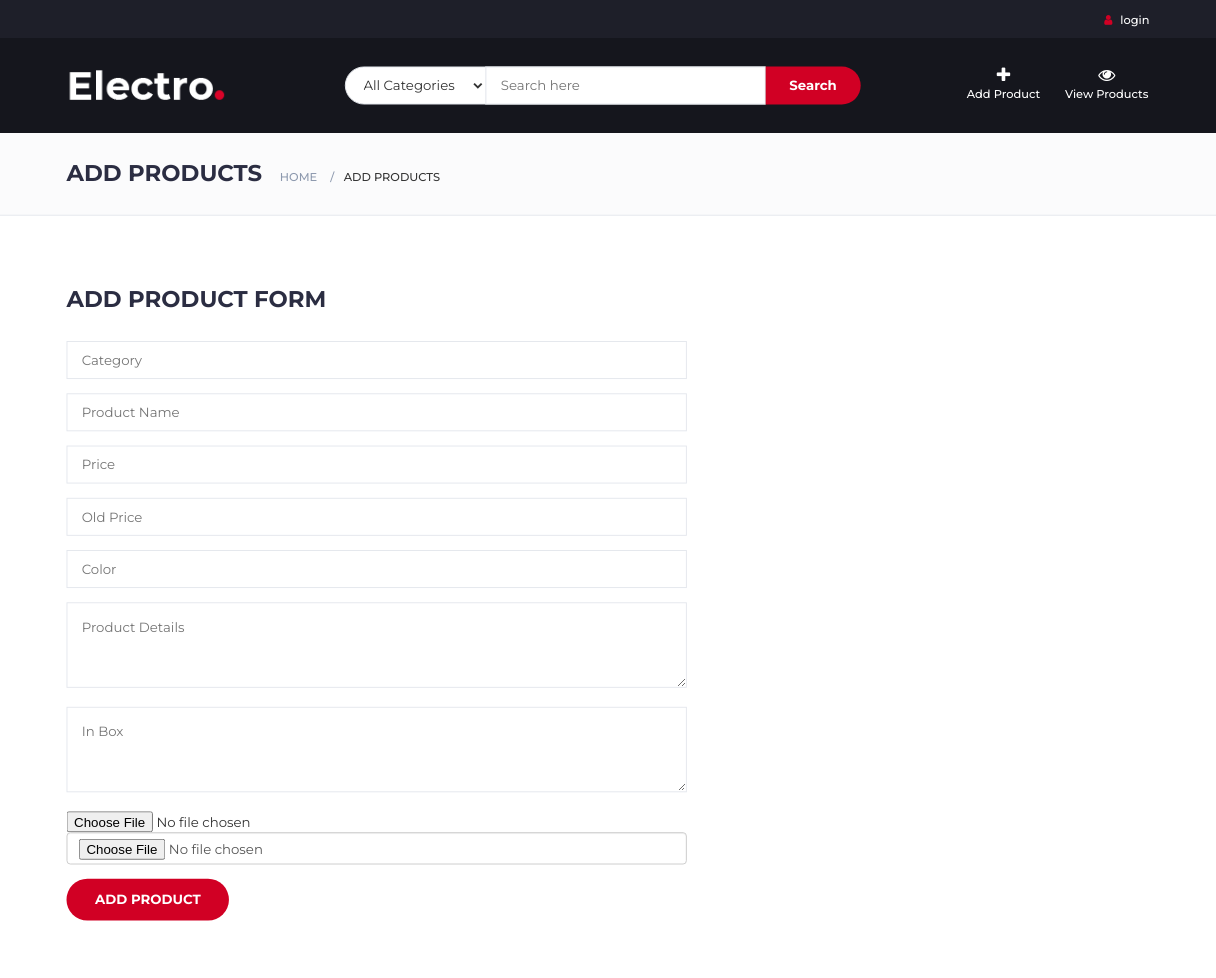
Repository: kinjalsavaliya263/JAVA
Page: http://localhost/electro-master/addproduct.jsp
An editor plug-in stored every save of this project. The page is shown before and after the next save, followed by the edit.
The browser window is 1280 px wide. The pictures show the whole page, at 95% of full size.
The page is served by Tomcat 9. Other server files are loaded and not shown. The template is opened directly, without the code that normally fills it, so the values that code supplies are empty.

Above is the page before, as saved 2023-04-04 15:57:17.

### electro-master/src/main/webapp/addproduct.jsp
<%@ page language="java" contentType="text/html; charset=UTF-8"
	pageEncoding="UTF-8"%>
<%@ include file="sellerheader.jsp"%>
<!DOCTYPE html>
<html>
<head>
<meta charset="UTF-8">
<title>Electro -Ecommerce</title>

</head>
<body>
	<!-- BREADCRUMB -->
	<div id="breadcrumb" class="section">
		<!-- container -->
		<div class="container">
			<!-- row -->
			<div class="row">
				<div class="col-md-12">
					<h3 class="breadcrumb-header">Add Products</h3>
					<ul class="breadcrumb-tree">
						<li><a href="#">Home</a></li>
						<li class="active">Add Products</li>
					</ul>
				</div>
			</div>
			<!-- /row -->
		</div>
		<!-- /container -->
	</div>
	<!-- /BREADCRUMB -->

	<!-- SECTION -->
	<div class="section">
		<!-- container -->
		<div class="container">
			<!-- row -->
			<div class="row">

				<div class="col-md-7">
					<!-- Add Product -->
					<form action="addproduct" method="post"
						enctype="multipart/form-data">
						<div class="billing-details">
							<span class="text-danger">${msg}</span> <span
								class="text-success">${msg1}</span>
							<div class="section-title">
								<h3 class="title">Add Product Form</h3>
							</div>


							<input type="hidden" name="uid" id="uid">

							<div class="form-group">
								<input class="input" type="text" name="category"
									placeholder="Category" id="category">
							</div>
							<div class="form-group">
								<input class="input" type="text" name="pname"
									placeholder="Product Name" id="pname">
							</div>
							<div class="form-group">
								<input class="input" type="number" name="price"
									placeholder="Price" id="price">
							</div>
							<div class="form-group">
								<input class="input" type="number" name="oldprice"
									placeholder="Old Price" id="oldprice">
							</div>
							<div class="form-group">
								<input class="input" type="text" name="color"
									placeholder="Color" id="color">
							</div>

							<div class="form-group">
								<textarea cols="3" class="input" name="details"
									placeholder="Product Details" id="details"></textarea>
							</div>
							<div class="form-group">
								<textarea cols="3" class="input" name="inbox"
									placeholder="In Box" id="inbox"></textarea>
							</div>
							<div class="form-group">
								<input type="file" name="image" placeholder="images">
								 <input class="form-control" type="file" id="formFile">
							</div>

							<div class="form-group">
								<button type="submit" class="primary-btn order-submit">Add
									Product</button>
							</div>

						</div>
					</form>
					<!-- /Add Product -->



				</div>


			</div>
			<!-- /row -->
		</div>
		<!-- /container -->
	</div>
	<!-- /SECTION -->



</body>
</html>

### electro-master/src/main/webapp/sellerheader.jsp

<%@page import="model.User"%>
<%@ page language="java" contentType="text/html; charset=UTF-8"
	pageEncoding="UTF-8"%>
<!DOCTYPE html>
<html>
<head>
<meta charset="UTF-8">
<title>Electro -Ecommerce</title>
<link
	href="https://fonts.googleapis.com/css?family=Montserrat:400,500,700"
	rel="stylesheet">

<!-- Bootstrap -->
<link type="text/css" rel="stylesheet" href="css/bootstrap.min.css" />

<!-- Slick -->
<link type="text/css" rel="stylesheet" href="css/slick.css" />
<link type="text/css" rel="stylesheet" href="css/slick-theme.css" />

<!-- nouislider -->
<link type="text/css" rel="stylesheet" href="css/nouislider.min.css" />

<!-- Font Awesome Icon -->
<link rel="stylesheet" href="css/font-awesome.min.css">

<!-- Custom stlylesheet -->
<link type="text/css" rel="stylesheet" href="css/style.css" />

<!-- HTML5 shim and Respond.js for IE8 support of HTML5 elements and media queries -->
<!-- WARNING: Respond.js doesn't work if you view the page via file:// -->
<!--[if lt IE 9]>
		  <script src="https://oss.maxcdn.com/html5shiv/3.7.3/html5shiv.min.js"></script>
		  <script src="https://oss.maxcdn.com/respond/1.4.2/respond.min.js"></script>
		<![endif]-->
</head>
<body>
	<!-- HEADER -->
	<header>
		<!-- TOP HEADER -->
		<div id="top-header">
			<div class="container">

				<%
				/* String email = (String) session.getAttribute("email"); */
				User us = (User) request.getAttribute("use");
				%>



				<ul class="header-links pull-left">

				</ul>
				<ul class="header-links pull-right">




					<%
					if (us != null) {
					%>

					<li><a href="myprofile?email=<%=us.getEmail()%>"><i
							class="fa fa-user"></i>My Profile</a></li>
					<li><a href="changepass.jsp?email=<%=us.getEmail()%>"><i
							class="fa fa-key"></i>Change Password</a></li>
					<li style="color: white;"><b>Welcome <%=us.getFname()%> <%=us.getLname()%></b></li>
					<li><a href="logout.jsp"><i class="fa fa-user"></i>Logout</a></li>
					<%
					} else {
					%>

					<li><a href="login.jsp"><i class="fa fa-user"></i> login</a></li>
					<%
					}
					%>


				</ul>
			</div>
		</div>
		<!-- /TOP HEADER -->

		<!-- MAIN HEADER -->
		<div id="header">
			<!-- container -->
			<div class="container">
				<!-- row -->
				<div class="row">
					<!-- LOGO -->
					<div class="col-md-3">
						<div class="header-logo">
							<a href="#" class="logo"> <img src="./img/logo.png" alt="">
							</a>
						</div>
					</div>
					<!-- /LOGO -->

					<!-- SEARCH BAR -->
					<div class="col-md-6">
						<div class="header-search">
							<form>
								<select class="input-select">
									<option value="0">All Categories</option>
									<option value="1">Category 01</option>
									<option value="1">Category 02</option>
								</select> <input class="input" placeholder="Search here">
								<button class="search-btn">Search</button>
							</form>
						</div>
					</div>
					<!-- /SEARCH BAR -->

					<!-- ACCOUNT -->
					<div class="col-md-3 clearfix">
						<div class="header-ctn">
							<!-- Add Product -->
							<div>
								<a href="addproduct.jsp"> <i class="fa fa-plus"></i> <span>Add
										Product</span>
								</a>
							</div>
							<!-- /Add Product -->

							<!-- View Product -->
							<div >
								<a href="viewproduct.jsp"> <i class="fa fa-eye"></i> <span>View
										Products</span>
								</a>

							</div>
							<!-- /View Product -->


						</div>
					</div>
					<!-- /ACCOUNT -->
				</div>
				<!-- row -->
			</div>
			<!-- container -->
		</div>
		<!-- /MAIN HEADER -->
	</header>
	<!-- /HEADER -->


</body>
</html>

Loaded but not shown: electro-master/src/main/webapp/css/bootstrap.min.css (library); electro-master/src/main/webapp/css/slick.css (common file); electro-master/src/main/webapp/css/slick-theme.css (library); electro-master/src/main/webapp/css/nouislider.min.css (library); electro-master/src/main/webapp/css/font-awesome.min.css (library); electro-master/src/main/webapp/css/style.css (2191 lines, source omitted)

After the next save:
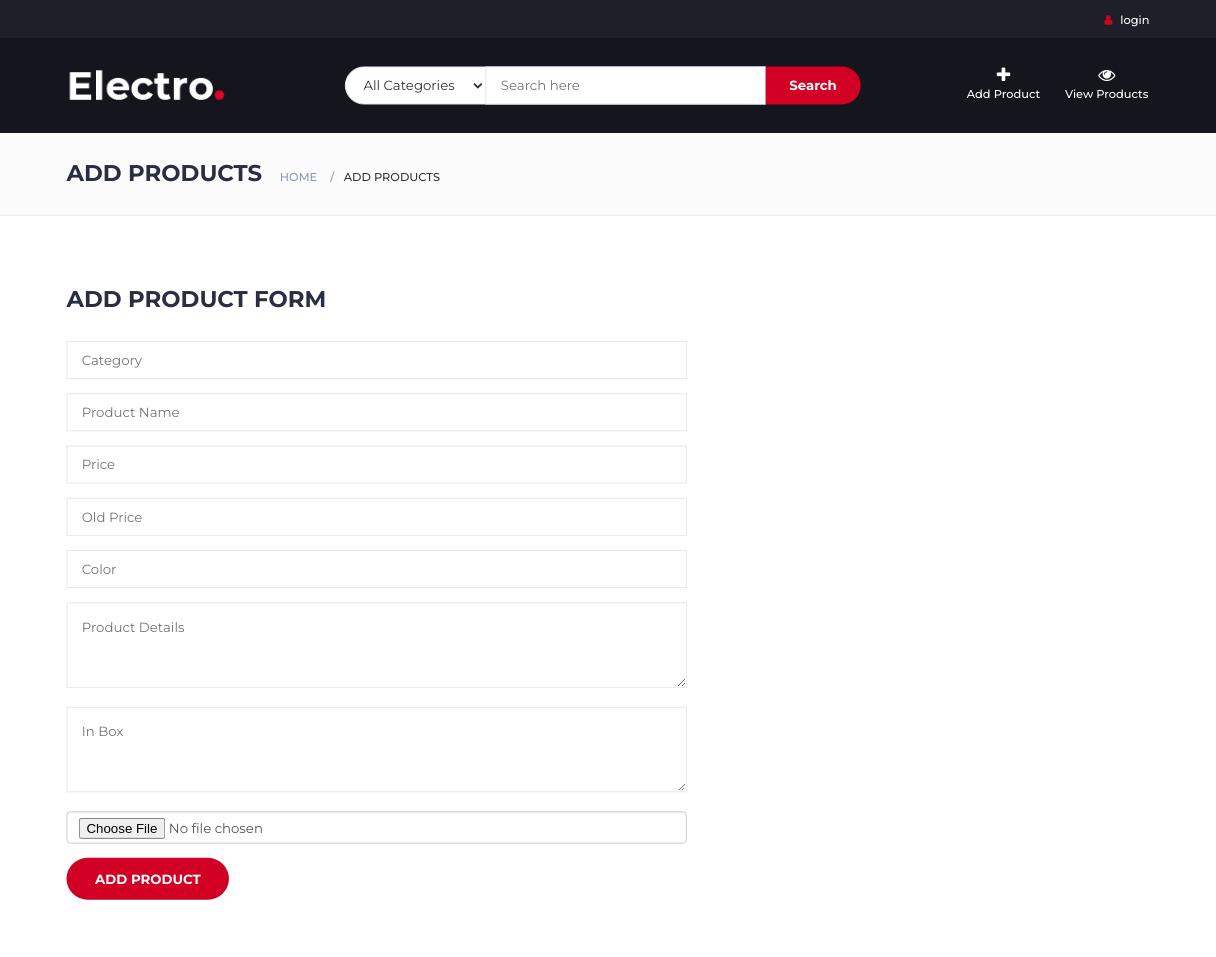
Saved 42 s later.
--- a/electro-master/src/main/webapp/addproduct.jsp
+++ b/electro-master/src/main/webapp/addproduct.jsp
@@ -80,7 +80,7 @@
 									placeholder="In Box" id="inbox"></textarea>
 							</div>
 							<div class="form-group">
-								<input type="file" name="image" placeholder="images">
+
 								 <input class="form-control" type="file" id="formFile">
 							</div>
 
